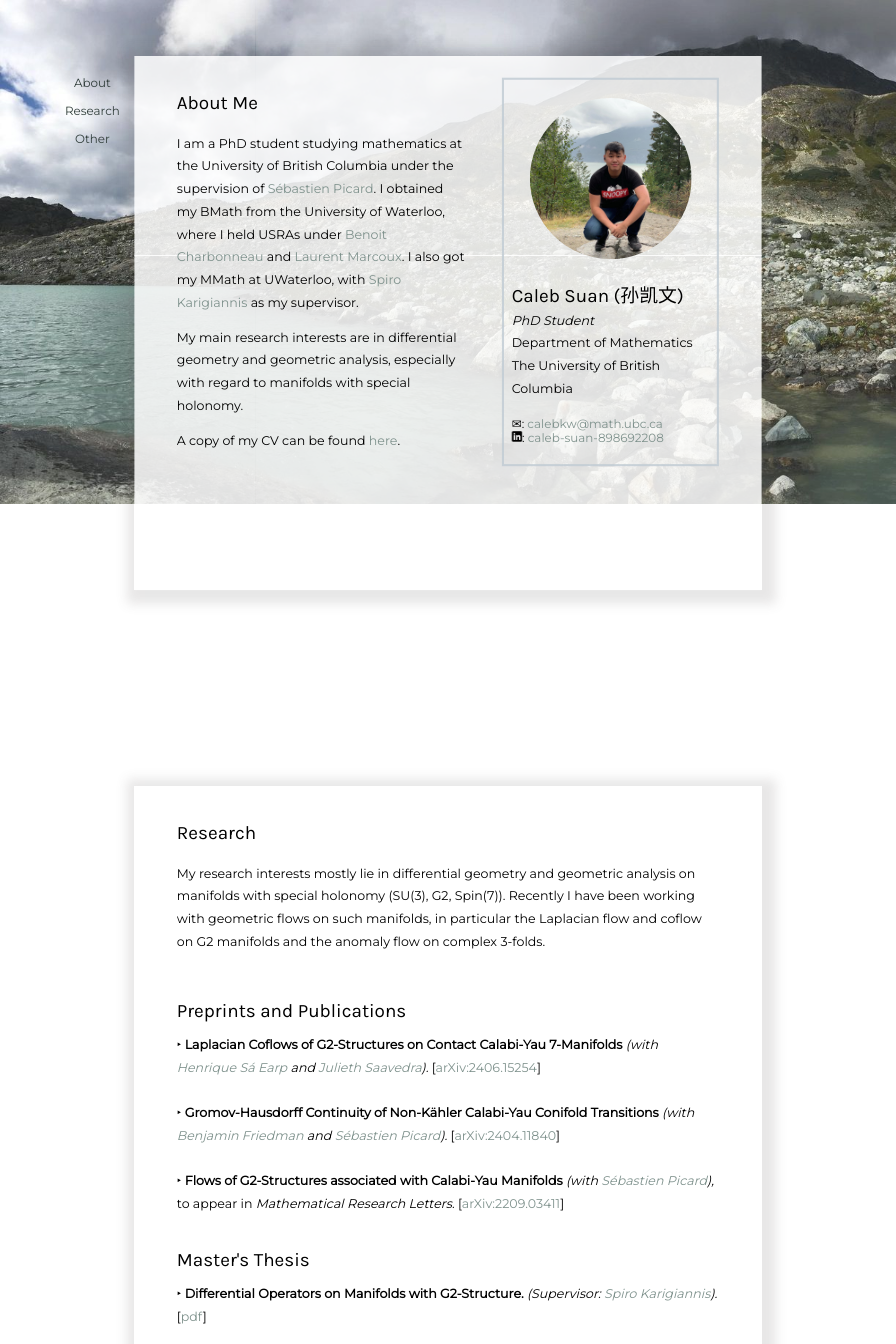
Repository: calebsuan/calebsuan.github.io
Page: index.html
These files come from the project's save history. The page is drawn as it stood at one moment and after the next save; the edit follows.
The browser window is 1280 px wide. The pictures show the part of the page from y = 0 to 1920 px (the page is 4128 px tall), at 70% of full size.

Above is the page before, as saved 2024-06-30 02:18:24.

### index.html
<!DOCTYPE html>
<html lang="en">
<head>
    <meta charset="UTF-8">
    <meta http-equiv="X-UA-Compatible" content="IE=edge">
    <meta name="viewport" content="width=device-width, initial-scale=1.0">
    <link rel="stylesheet" href="index.css">
    <title>Caleb Suan</title>
    <link rel="icon" type="image/x-icon" href="Duck.png">
</head>


<body>

    <div class="rect">

    </div>

    <div class="background">

        <img src="BI2.jpg" alt="Background" width="auto" height="100%">

    </div>


    <menu>

        <a class="Head3" id="aboutmenu" href="#about">

            About

        </a>

        <a class="Head3" id="researchmenu" href="#research">

            Research

        </a>

        <a class="Head3" id="othermenu" href="#other">

            Other

        </a>

    </menu>


    <div class="midContainer">

        <about class="center" id="about">

            <div class="gap">

            </div>

            <div class ="inner">

                <div class="rightbox sidePanel">

                    <div class="picborder">

                        <img src="PP.jpg" alt="Snoop Snop" width="100%" height="auto">

                    </div>

                    </br>

                    <div class="wordbox Head3">

                        <div class="Head1">

                            Caleb Suan (孙凯文)

                        </div>

                        <div class="Head2">

                            <i>PhD Student</i>

                            </br>

                        </div>

                        <div class="Head4">

                            Department of Mathematics

                            </br>

                            The University of British Columbia

                            </br>
                        </div>

                        </br>

                        &#x2709;:
                        <a href="mailto:calebkw@math.ubc.ca">calebkw@math.ubc.ca</a>

                        <br>

                        <img src="LI.png" alt="LinkedIn Logo" width="14.75vw" height="100%">:
                        <a href="https://www.linkedin.com/in/caleb-suan-898692208/" target="_blank">caleb-suan-898692208</a>

                    </div>

                </div>


                <div class="leftbox Head4">

                    <div class="Head1">

                        About Me

                    </div>

                    <p>

                        I am a PhD student studying mathematics at the University of British Columbia under the supervision of
                        <a href="https://personal.math.ubc.ca/~spicard/" target="_blank">S&eacute;bastien Picard</a>.
                        I obtained my BMath from the University of Waterloo, where I held USRAs under
                        <a href="http://www.math.uwaterloo.ca/~bcharbon/" target="_blank">Benoit Charbonneau</a> and
                        <a href="http://www.math.uwaterloo.ca/~lwmarcou/" target="_blank">Laurent Marcoux</a>.
                        I also got my MMath at UWaterloo, with
                        <a href="https://www.math.uwaterloo.ca/~karigian/index.html" target="_blank">Spiro Karigiannis</a> as my supervisor.

                    </p>

                    <p>

                        My main research interests are in differential geometry and geometric analysis, especially with regard to manifolds with special holonomy.

                    </p>

                    <p>

                        A copy of my CV can be found
                        <a href="Caleb_Suan_CV_Jun_2024.pdf" target="_blank">here</a>.

                    </p>


                </div>

            </div>

        </about>


        <research class="center" id="research">

            <div class="gap">

            </div>

            <div class="inner">

                <div class ="wordbox Head4">

                    <div class="Head1">

                        Research

                    </div>

                    <p>

                        My research interests mostly lie in differential geometry and geometric analysis on manifolds with special holonomy (SU(3), G2, Spin(7)).
                        Recently I have been working with geometric flows on such manifolds, in particular the Laplacian flow and coflow on G2 manifolds and the anomaly flow on complex 3-folds.

                    </p>

                    </br>

                    <div class="pubs">

                        <div class="Head1">

                            Preprints and Publications

                        </div>

                        <div class="item">

                            &#8227; <b>Laplacian Coflows of G2-Structures on Contact Calabi-Yau 7-Manifolds</b> <i>(with
                            <a href="https://www.ime.unicamp.br/~hqsaearp/" target="_blank">Henrique S&aacute; Earp</a> and
                            <a href="https://sites.google.com/view/website-julieth-saavedra" target="_blank">Julieth Saavedra</a>).</i>
                            [<a href="https://arxiv.org/abs/2406.15254" target="_blank">arXiv:2406.15254</a>]

                        </div>

                        </br>

                        <div class="item">

                            &#8227; <b>Gromov-Hausdorff Continuity of Non-K&auml;hler Calabi-Yau Conifold Transitions</b> <i>(with
                            <a href="https://personal.math.ubc.ca/~benji/" target="_blank">Benjamin Friedman</a> and
                            <a href="https://personal.math.ubc.ca/~spicard/" target="_blank">S&eacute;bastien Picard</a>).</i>
                            [<a href="https://arxiv.org/abs/2404.11840" target="_blank">arXiv:2404.11840</a>]

                        </div>

                        </br>

                        <div class="item">

                            &#8227; <b>Flows of G2-Structures associated with Calabi-Yau Manifolds</b> <i>(with
                            <a href="https://personal.math.ubc.ca/~spicard/" target="_blank">S&eacute;bastien Picard</a>),</i> to appear in <i>Mathematical Research Letters</i>.
                            [<a href="https://arxiv.org/abs/2209.03411" target="_blank">arXiv:2209.03411</a>]

                        </div>

                    </div>

                    </br>

                    <div class="pubs">

                        <div class="Head1">

                            Master's Thesis

                        </div>

                        <div class="item">

                            &#8227; <b>Differential Operators on Manifolds with G2-Structure.</b> <i>(Supervisor:
                            <a href="https://www.math.uwaterloo.ca/~karigian/index.html" target="_blank">Spiro Karigiannis</a>).</i>
                            [<a href="Differential Operators on Manifolds with G2-Structure.pdf" target="_blank">pdf</a>]

                        </div>

                    </div>

                    </br>


                    <div class="pubs">

                        <div class="Head1">

                            Notes

                        </div>

                        <div class="item">

                            &#8227; <b>Rarita-Schwinger Fields on Nearly Parallel G2 Manifolds.</b>
                            [<a href="Rarita_Schwinger Fields on Nearly Parallel G2 Manifolds.pdf" target="_blank">pdf</a>]

                        </div>

                    </div>

                    </br>

                    <div class="pubs">

                        <div class="Head1">

                            USRA Projects

                        </div>

                        <div class="item">

                            &#8227; <b>The Almost Invariant Subspace Problem.</b> <i>(Supervisor:
                            <a href="http://www.math.uwaterloo.ca/~lwmarcou/" target="_blank">Laurent Marcoux</a>).</i>
                            [<a href="The Almost Invariant Subspace Problem.pdf" target="_blank">pdf</a>]

                        </div>

                        </br>

                        <div class="item">

                            &#8227; <b>Vortex Solutions on Riemann Surfaces from Hyperbolic Tessellations.</b> <i>(Supervisor:
                            <a href="http://www.math.uwaterloo.ca/~bcharbon/" target="_blank">Benoit Charbonneau</a>).</i>
                            [<a href="Vortex Solutions on Riemann Surfaces from Hyperbolic Tessellations.pdf" target="_blank">pdf</a>]

                        </div>

                    </div>

                    </br>

                    <div class="pubs">

                        <div class="Head1">

                            Talks

                        </div>

                        <div class="item">

                            &#8227; <b>Gromov-Hausdorff Continuity of Non-K&auml;hler Calabi-Yau 3-Folds.</b>
                            <a href="https://www.crmath.ca/en/activities/#/type/activity/id/3894" target="_blank">CRM Workshop: Special Riemannian Geometries in Dimensions 6, 7, 8.</a>
                            [<a href="CRM_Talk.pdf" target="_blank">Slides</a>]

                        </div>

                        </br>

                        <div class="item">

                            &#8227; <b>Flows of G2 Structures associated to Calabi-Yau Manifolds.</b>
                            <a href="https://generalizedricciflow.wordpress.com/" target="_blank">UC-Irvine Generalized Ricci Flow Learning Seminar</a>
                            [<a href="https://www.youtube.com/watch?v=NHWo60-CuSs" target="_blank">Video</a>,
                            <a href="UC_I_GRF_Learning_Seminar_Talk.pdf" target="_blank">Slides</a>]

                        </div>

                        </br>

                        <div class="item">

                            &#8227; <b>Flows of G2 Structures associated to Calabi-Yau Manifolds.</b>
                            <a href="https://www.birs.ca/events/2023/5-day-workshops/23w5006" target="_blank">BIRS Workshop: Spinorial and Octonionic Aspects of G2 and Spin(7) Geometry.</a>
                            [<a href="https://www.birs.ca/events/2023/5-day-workshops/23w5006/videos/watch/202305311100-Suan.html" target="_blank">Video</a>,
                            <a href="BIRS_Talk.pdf" target="_blank">Slides</a>]

                        </div>

                    </div>

                </div>

            </div>

        </research>


        <other class="center" id="other">

            <div class="gap">

            </div>

            <div class="inner">

                <div class ="wordbox Head4">

                    <div class="Head1">

                        Other

                    </div>

                    <p>

                        I do other things, like bouldering and playing way too many board games.

                    </p>

                    <div class="pubs">

                        <div class="Head1">

                            Some Board Games I Like

                        </div>

                        <div class="item">

                            <p>

                                &#8227; Arkham Horror: The Card Game

                            </p>

                            <p>

                                &#8227; Brass: Birmingham

                            </p>

                            <p>

                                &#8227; Tzolk'in: The Mayan Calendar

                            </p>

                            <p>

                                &#8227; Great Western Trail (Second Edition)

                            </p>

                            <p>

                                &#8227; Tekhenu: Obelisk of the Sun

                            </p>

                            <p>

                                &#8227; Teotihuacan: City of Gods

                            </p>

                            <p>

                                &#8227; Letter Jam

                            </p>

                            <p>

                                &#8227; Spirit Island (with Branch and Claw and Jagged Earth Expansions)

                            </p>

                            <p>

                                &#8227; Neta-Tanka

                            </p>

                            <p>

                                &#8227; Sidereal Confluence: Trading and Negotiation in the Elysian Quadrant

                            </p>

                        </div>

                    </div>

                    <div class="pubs">

                        <div class="Head1">

                            Links

                        </div>

                        <div class="item">

                            BoardGameGeek: <a href="https://boardgamegeek.com/user/caleskws" target="_blank">caleskws</a>

                        </div>

                    </div>

                </div>

            </div>

        </other>

        <div class="footr Head5">

            &#129414; &#x1F9A5; &#x1F9A6; &#x1F994;

            <br>

            Website designed by Caleb Suan and Amy Tan

            <br>

            Last Updated on June 26, 2024 by Caleb Suan

        </div>

    </div>

</body>

</html>

### index.css
@import url('https://fonts.googleapis.com/css2?family=Karla:ital,wght@0,400;0,500;1,400&display=swap');
@import url('https://fonts.googleapis.com/css2?family=Montserrat&display=swap');

*{
    overflow-x: hidden;
}

html {
    scroll-behavior: smooth;
  }


body{
    margin: 0px;
    font-family: 'Montserrat', sans-serif;
}

.rect{
    width: 100%;
    overflow-x: hidden;
    top: 0px;
    height: 60px;
    position: fixed;
    background-color:#000000d3;
    z-index: 5;
    opacity: 0%;
}


.background{
    height:100%;
    width:auto;
    position:fixed;
    opacity: 90%;
}

.left {

    right: none;
    left: 0px;

}

.right {

    right: 0px;
    left: none;

}

.rightbox{
    width: 36.5%;
    height: auto;
    right: 3.5%;
    position: relative;
    float: right;
}
.leftbox{
    width: 49.5%;
    height: auto;
    left: 3.5%;
    position: relative;
    float: left;
}

.Container {

    margin: 0px;
    padding-top: 70px;
    height: 100%;

    width: 18vw;
    position: fixed;
    color:aliceblue;

    z-index: 7;

}

.midContainer {

    display: block;
    height: auto;
    width: 70%;

    margin-left: auto;
    margin-right: auto;
    position: relative;

    overflow-x: visible;

}

/* font size big (1) to small (4)*/
.Head1{

    font-size: 27px;
    font-family: 'Karla', sans-serif;
    margin-top: 8px;
    margin-bottom: 8px;
}

.Head2{

    font-size:18px;
    margin-top: 5px;
    margin-bottom: 5px;

}

.Head3{

    font-size: 17px;
    margin-top: 3px;
    margin-bottom: 3px;

}

.Head4{

    font-size: min(max(2vw,12px),18px);
    margin-top: 3px;
    margin-bottom: 3px;
    font-family: 'Montserrat', sans-serif;
    line-height: 1.8;

}

.Head5{

    font-size: min(max(2vw,9.5px),18px);
    margin-top: 3px;
    margin-bottom: 3px;
    font-family: 'Montserrat', sans-serif;
    line-height: 1.8;

}

/* components */

menu{
    position: fixed;
    z-index: 7;
}

menu a{
    display: block;
    width: 100px;
    height: 30px;
    padding: 10px;
    color: #323f3c;
    text-align: center;
    position: absolute;
}

menu a:link{
    text-decoration: none;
}
menu a:visited{
    text-decoration: none;
}
menu a:hover{
    text-decoration: none;
}
menu a:active{
    text-decoration: none;
}

menu a:hover{
    color: #85745a;
    opacity: 100%;
}

#aboutmenu{
    top: 95px;
    right: 85vw;
    position: fixed;
}

#researchmenu{
    top: 135px;
    right: 85vw;
    position: fixed;
}

#othermenu{
    top: 175px;
    right: 85vw;
    position: fixed;
}


.center{
    margin-left: auto;
    margin-right: auto;
    width: 100%;
    height: auto;
    min-height: 700px;
    position: relative;
}

.inner{
    display: block;
    margin-left: auto;
    margin-right: auto;
    height: auto;
    min-height: 700px;
    position: relative;
    padding: 3.5% 3.5% 3.5% 3.5%;
    background-color: rgba(255, 255, 255, 0.856);
    margin-bottom: 200px;
    box-shadow: 5px 5px 15px 15px rgba(94, 89, 89, 0.144);
}

.inner a:link{
    color: #7f928d;
    text-decoration: none;
}
.inner a:visited{
    color: #85745a;
    text-decoration: none;
}
.inner a:hover{
    color: #17240efa;
    text-decoration: none;
}
.inner a:active{
    text-decoration: none;
}

.picborder{
    display: block;
    min-width: 200px;
    min-height: 200px;
    max-width: 320px;
    max-height: 320px;
    width: 18vw;
    height: 18vw;
    overflow: hidden;
    margin-left: auto;
    margin-right: auto;
    border-radius: 50%;
    z-index: 4;
}

.wordbox{
    position: relative;
    width: 93%;
    padding-left: 3.5%;
    padding-right: 3.5%;
    height: auto;
}

.sidePanel{
    border-style: solid;
    border-color:#c2ccd5d7;
    border-width: 3px;
    padding-top: 2vw;
    padding-bottom: 2vw;
}

.gap {
    min-height: 80px;
    width: 100%;
    position: relative;
    opacity:0%;
    z-index: 0;
}


.footr{
    width: 100%;
    overflow-x: hidden;
    height: auto;
    margin-bottom: 30px;
    position: relative;
    background-color:#a7b8bf00;
    z-index: 5;
    color: #e7dfd4;
    text-align: center;
}


/* ------------------------------------------------


RESPONSIVE LAYOUT



--------------------------------------------------*/

@media only screen and (max-width: 1000px) {


    .rect{
        opacity: 100%;
        z-index: 5;
    }

    .rightbox{
        display: block;
        float: none;
        width: 93%;
        left: 0px;
        right: 0px;
        margin-left: auto;
        margin-right: auto;
    }
    .leftbox{
        float: left;
        width: 93%;
    }

    .Container {
        margin: 0px;
        padding-top: 70px;
        height: 100%;
        background-color: #17240e00;
        width: 8vw;
        position: fixed;
        color:aliceblue;
        z-index: 5;
        overflow: visible;
    }

    .midContainer {

        width: 80%;


    }

    /* components */

    menu a{
        display: block;
        width: 70px;
        color: white;
        text-align: center;
        position: absolute;
        font-size: min(0.5vw, 20px);
        z-index: 7;
    }

    menu a:link{
        text-decoration: none;
    }
    menu a:visited{
        text-decoration: none;
    }
    menu a:hover{
        text-decoration: none;
    }
    menu a:active{
        text-decoration: none;
    }

    menu a:hover{
        color: #85745a;
        opacity: 100%;
    }

    #aboutmenu{
        top: 10px;
        left: 14vw;
        position: fixed;
    }

    #researchmenu{
        top: 10px;
        left: 24vw;
        position: fixed;
    }

    #othermenu{
        top: 10px;
        left: 34vw;
        position: fixed;
    }


    .inner{
        padding: 3.5% 3.5% 3.5% 3.5%;
    }

    .picborder{
        display: block;
        min-width: 200px;
        min-height: 200px;
        max-width: 320px;
        max-height: 320px;
        width: 26vw;
        height: 26vw;
        overflow: hidden;
        border-radius: 50%;
        position:absolute;
        right: 3.5%;
    }

    .wordbox{
        display: block;
        position: relative;
        height: auto;
    }

    .sidePanel{
        border-style: solid;
        border-color:#c2ccd5d7;
        border-width: 3px;
        padding-top: 2vw;
        padding-bottom: 2vw;
        max-height: 320px;
        min-height: 220px;
        height: 26vw;
    }

    .gap {
        min-height: 120px;
    }


}



/*-----------------------------------------------------

Mobile Responsive

-----------------------------------------------------*/

@media only screen and (max-width: 760px) {


    .rect{
        opacity: 0%;
    }

    .Container {
        background-color: #17240efa;
        width: 0vw;
    }

    .midContainer {

        width: 80%;


    }

    .picborder{
        left: 0px;
        right: 0px;
        position: relative;
        height: 40vw;
        width: 40vw;
        margin-top: 2vw;
        margin-left: auto;
        margin-right: auto;
        max-height: 200px;
        max-width: 200px;
    }

    .wordbox{
        position: relative;
    }


    .sidePanel{
        border-style: solid;
        border-color:#c2ccd5d7;
        border-width: 3px;
        padding-top: 2vw;
        padding-bottom: 2vw;
        max-height: 500px;
        min-height: 420px;
        height: 60vw;
        max-width: 80vw;
    }


    menu a{
        display: block;
        width: 8vw;
        padding: 10px;
        margin: 3px;
        color:#17240efa;
        text-align: right;
        position: absolute;
        margin-right: 1px;
        margin-left: auto;
        background-color: rgba(255, 255, 255, 0);
        padding-top: 30px;
        padding-bottom: 30px;
        left: -15px;
        font-size: min(0.5vw, 20px);
        opacity: 0%;
    }

    menu a:link{
        text-decoration: none;
    }
    menu a:visited{
        text-decoration: none;
    }
    menu a:hover{
        text-decoration: none;
    }
    menu a:active{
        text-decoration: none;
    }

    menu a:hover{
        color: #85745a;
        opacity: 0%;
    }

    .gap{
        min-height: 30px;
        height: 30px;
        width: 100%;
    }

    .inner{
        margin-bottom: 40px;
    }


}

After the next save:
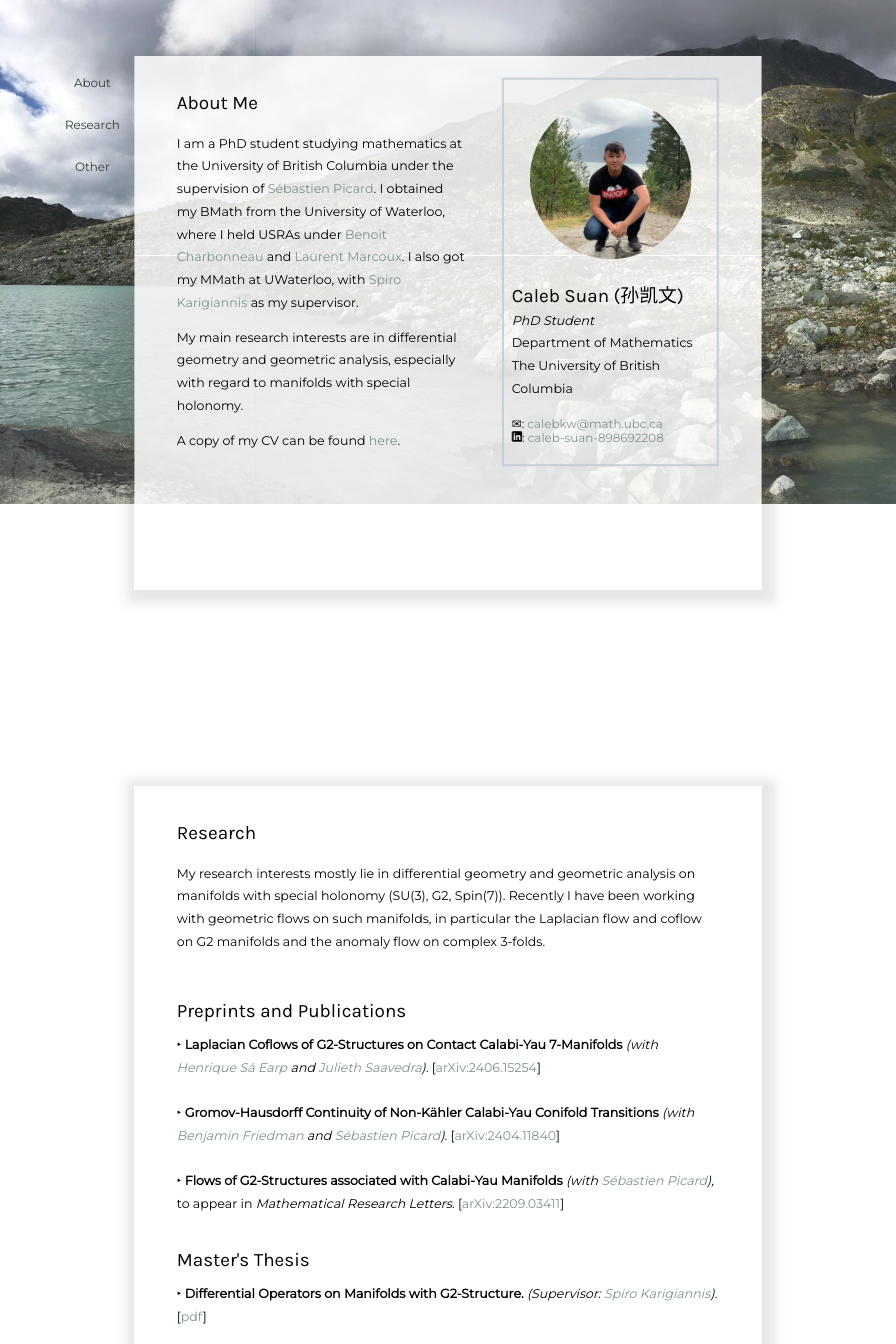
Saved 37 s later.
--- a/index.css
+++ b/index.css
@@ -178,13 +178,13 @@ menu a:hover{
 }
 
 #researchmenu{
-    top: 135px;
+    top: 155px;
     right: 85vw;
     position: fixed;
 }
 
 #othermenu{
-    top: 175px;
+    top: 215px;
     right: 85vw;
     position: fixed;
 }
